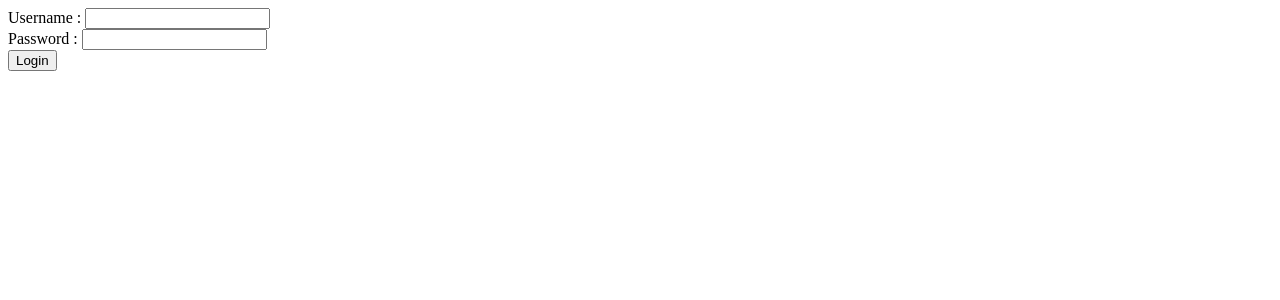
Repository: Aviligonda/Servlet_Programs
Page: FirstJavaWeb/src/main/webapp/register.html
The author's editor kept a copy of each file at every save. The page is drawn from the files as they stood at one save, then again after a run of saves.
The browser window is 1280 px wide. The pictures show the whole page.

Above is the page before, as saved 2024-11-22 11:53:34.

### FirstJavaWeb/src/main/webapp/register.html
<!DOCTYPE html>
<html>
<head>
<meta charset="UTF-8">
<title>New Registration</title>
</head>
<body>
<form action="Login" method="post">
		Username : <input type="text" name="uname"><br>
		Password : <input type="password" name="pass"><br>
		<input type="submit" value=Login>
	</form>
</body>
</html>

After the next 3 saves:
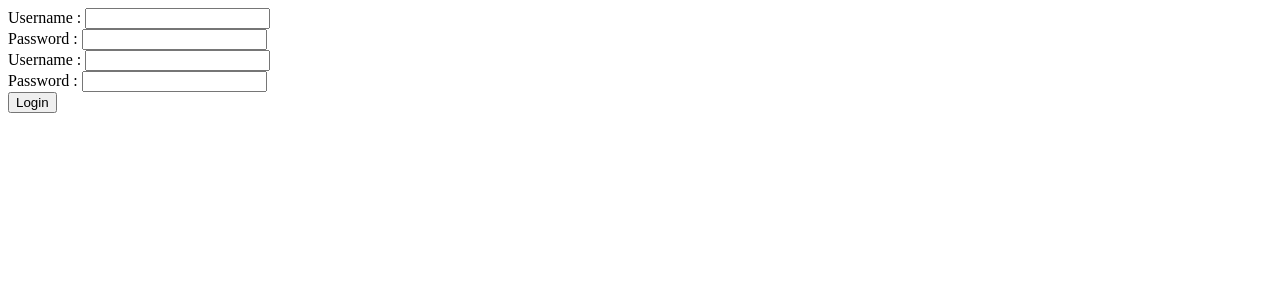
The 3 saves are shown as one change because they came seconds apart.
The last was saved 12 s later.
--- a/FirstJavaWeb/src/main/webapp/register.html
+++ b/FirstJavaWeb/src/main/webapp/register.html
@@ -6,6 +6,8 @@
 </head>
 <body>
 <form action="Login" method="post">
+Username : <input type="text" name="uname"><br>
+		Password : <input type="password" name="pass"><br>
 		Username : <input type="text" name="uname"><br>
 		Password : <input type="password" name="pass"><br>
 		<input type="submit" value=Login>
